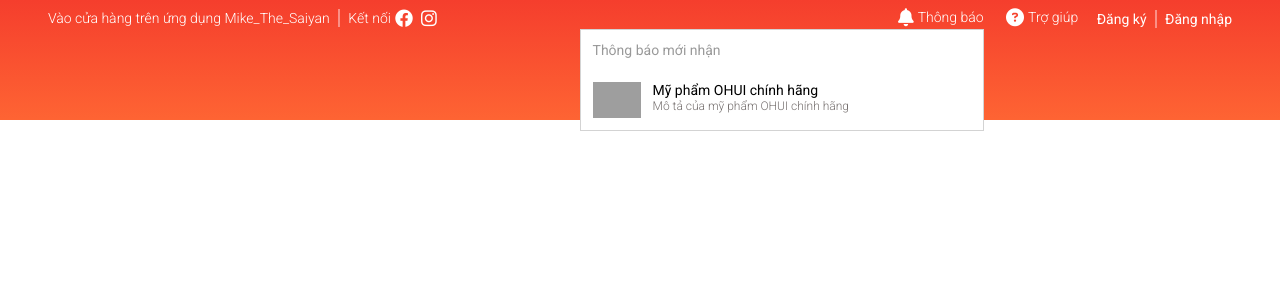
Repository: thefellowshiplotr/project_shopee
Page: index.html
The author's editor kept a copy of each file at every save. The page is drawn from the files as they stood at one save, then again after the next save.
The browser window is 1280 px wide. The pictures show the whole page.
Pictures or frames that could not be fetched are drawn as grey boxes.

Above is the page before, as saved 2022-11-07 10:01:47.

After the next save:
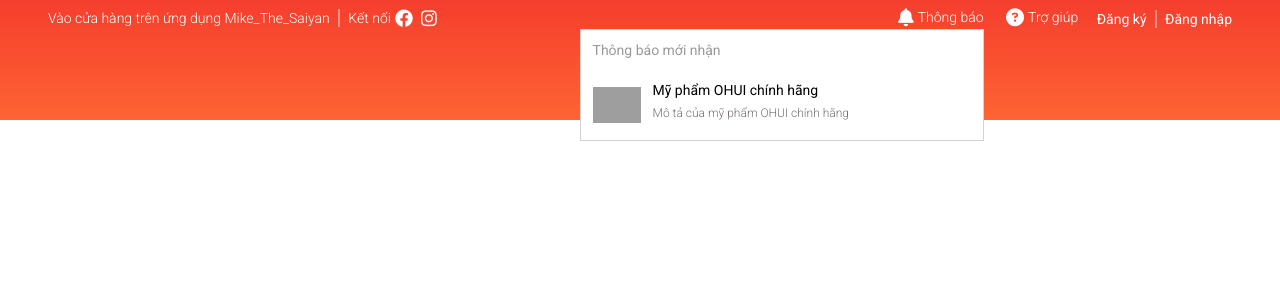
Saved 12 s later.
--- a/assets/css/main.css
+++ b/assets/css/main.css
@@ -186,4 +186,5 @@
   display: block;
   font-size: 1.2rem;
   color: #756f6e;
+  line-height: calc(30 / 12);
 }
